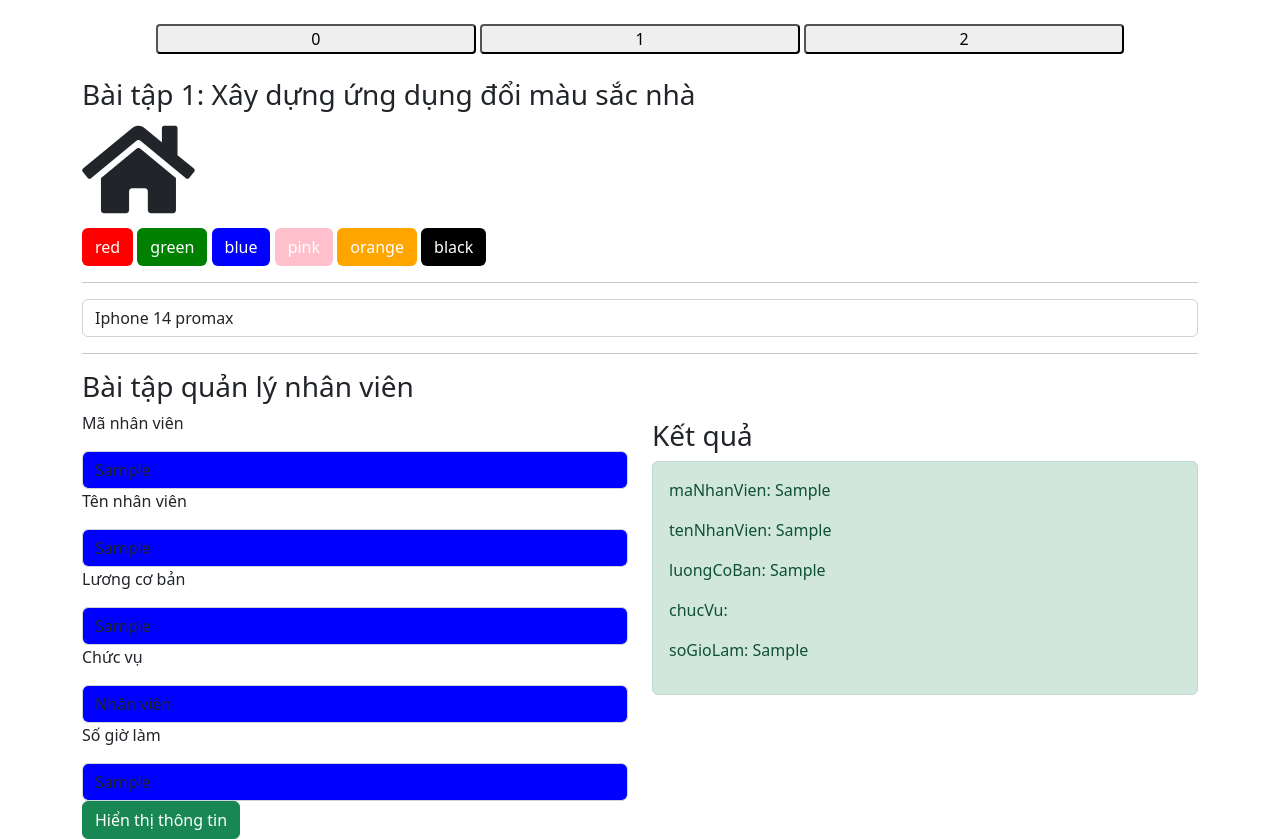
Repository: hcozyph/CyberSoft_Bai_Tap_Tren_Lop
Page: ES6/ES6_BASIC/index.html
The author's editor kept a copy of each file at every save. The page is drawn from the files as they stood at one save, then again after the next save.
The browser window is 1280 px wide. The pictures show the whole page.
Empty fields were first filled with sample values (such as "Sample", 5 or name@example.com).
After loading, the first visible `#frmNhanVien` was submitted once.
Some web libraries are served in a nearby version.

Above is the page before, as saved 2023-03-22 21:00:20.

### ES6/ES6_BASIC/index.html
<!DOCTYPE html>
<html lang="en">
    <head>
        <title>ES6-BASIC</title>
        <!-- Required meta tags -->
        <meta charset="utf-8" />
        <meta
            name="viewport"
            content="width=device-width, initial-scale=1, shrink-to-fit=no"
        />

        <link
            rel="stylesheet"
            href="https://use.fontawesome.com/releases/v5.1.1/css/all.css"
            integrity="sha384-O8whS3fhG2OnA5Kas0Y9l3cfpmYjapjI0E4theH4iuMD+pLhbf6JI0jIMfYcK3yZ"
            crossorigin="anonymous"
        />
        <!-- Bootstrap CSS v5.2.1 -->
        <link
            href="https://cdn.jsdelivr.net/npm/bootstrap@5.2.1/dist/css/bootstrap.min.css"
            rel="stylesheet"
            integrity="sha384-iYQeCzEYFbKjA/T2uDLTpkwGzCiq6soy8tYaI1GyVh/UjpbCx/TYkiZhlZB6+fzT"
            crossorigin="anonymous"
        />
    </head>

    <body>
        <div class="text-center my-4">
            <button class="w-25 rounded-1">0</button>
            <button class="w-25 rounded-1">1</button>
            <button class="w-25 rounded-1">2</button>
        </div>

        <div class="container">
            <h3>Bài tập 1: Xây dựng ứng dụng đổi màu sắc nhà</h3>
            <i class="fa fa-home" id="home" style="font-size: 100px"></i>

            <div id="colors" class="mt-2">
                <button class="btn text-white" style="background-color: red">
                    Red
                </button>
            </div>
            <hr />
            <input
                type="text"
                name=""
                id="tenSP"
                value="Iphone 14 promax"
                class="form-control"
            />

            <hr />
            <h3>Bài tập quản lý nhân viên</h3>
            <form id="frmNhanVien">
                <div class="row">
                    <div class="col-md-6">
                        <div class="form-group">
                            <p>Mã nhân viên</p>
                            <input
                                type="text"
                                name=""
                                id="maNhanVien"
                                class="form-control"
                            />
                        </div>
                        <div class="form-group">
                            <p>Tên nhân viên</p>
                            <input
                                type="text"
                                name=""
                                id="tenNhanVien"
                                class="form-control"
                            />
                        </div>
                        <div class="form-group">
                            <p>Lương cơ bản</p>
                            <input
                                type="text"
                                name=""
                                id="luongCoBan"
                                class="form-control"
                            />
                        </div>
                        <div class="form-group">
                            <p>Chức vụ</p>
                            <select name="" id="chucVu" class="form-control">
                                <option value="">Nhân viên</option>
                                <option value="">Giám đốc</option>
                            </select>
                        </div>
                        <div class="form-group">
                            <p>Số giờ làm</p>
                            <input
                                type="text"
                                name=""
                                id="soGioLam"
                                class="form-control"
                            />
                        </div>
                        <div class="form-group">
                            <button
                                class="btn btn-success"
                                type="submit"
                                id="btnHienThi"
                            >
                                Hiển thị thông tin
                            </button>
                        </div>
                    </div>
                    <div class="col-md-6">
                        <h3 class="mt-2">Kết quả</h3>
                        <div
                            id="ketQuaHienThi"
                            class="alert alert-success"
                        ></div>
                    </div>
                </div>
            </form>
        </div>
        <style>
            #frmNhanVien input,
            #frmNhanVien select {
                background-color: orange;
            }
        </style>
        <!-- Bootstrap JavaScript Libraries -->
        <script
            src="https://cdn.jsdelivr.net/npm/@popperjs/core@2.11.6/dist/umd/popper.min.js"
            integrity="sha384-oBqDVmMz9ATKxIep9tiCxS/Z9fNfEXiDAYTujMAeBAsjFuCZSmKbSSUnQlmh/jp3"
            crossorigin="anonymous"
        ></script>

        <script
            src="https://cdn.jsdelivr.net/npm/bootstrap@5.2.1/dist/js/bootstrap.min.js"
            integrity="sha384-7VPbUDkoPSGFnVtYi0QogXtr74QeVeeIs99Qfg5YCF+TidwNdjvaKZX19NZ/e6oz"
            crossorigin="anonymous"
        ></script>
        <script type="module" src="./index.js"></script>
    </body>
</html>

### ES6/ES6_BASIC/index.js
/*-------  Cơ chế khai báo biến ------ */

/*
PHẠM VI BIẾN
- var: Hỗ trợ cơ chế hoisting, nên phạm vi biến là toàn cục

- let:
    > KHÔNG hỗ trợ cơ chế hoisting khi khai báo biến trùng tên với nhau trên cùng một scope thì browser báo lỗi.
    > Khi khai báo let ở các scope khác nhau thi giá trị sẽ phân biệt.

- const: Tương tự let, tuy nhiên giá trị không được phép gán lại.

=>>> Dùng let thay thế cho var thì khai báo biến trong ES6
*/

// var arrButton = document.querySelectorAll('button');

// for (var index = 0; index < arrButton.length; index++) {
//     let btn = arrButton[index];
//     btn.onclick = function () {
//         alert(btn.innerHTML);
//     }
// }

/*------- HÀM -------*/

//----------declaration function ----- <Hỗ trợ hoisting>
function tenHam() {
    console.log('ten ham');
}

//-----------express function ----- <Không hỗ trợ hoisting>
var showMessage = function () {
    console.log('showMessage');
}


/*
------------- CONTEXT (ngữ cảnh this) ----------------

OBJECT: trong object thì this sẽ là object.

FUNCTION: trong function đối tượng nào thực thi phương thức thì this sẽ là đối tượng đó. Nói cách khác this trong function là function đó.

DEFAULT: this là window.(Khi ngữ cảnh trồng chéo nhau). Nếu mở tính năng module của thẻ script thì sẽ báo lỗi

*/
let hoTen = 'nguyen van teo';
console.log('width:', window.innerWidth);
console.log('title:', window.document.title);
console.log('name:', window.hoTen);


// var sinhvien = {
//     ma: 1,
//     ten: 'Phuoc',
//     hienThiThongTin: function () {
//         function hienThi() {
//             console.log(this.ma);
//             console.log(this.ten);
//         }
//         hienThi();
//     }
// }
// sinhvien.hienThiThongTin();


function Product() {
    this.id = '';
    this.name = '';
    this.showInfo = function () {
        console.log('id', this.id);
        console.log('name', this.name);
    };
}

var prd1 = new Product();
prd1.id = 1;
prd1.name = 'Product A';
prd1.showInfo();

var prd2 = new Product();
prd2.id = 2;
prd2.name = 'Product B';
prd2.showInfo();


/*----------- ARROW FUNCTION  ------------*/

/* Arrow function là cách khai báo hàm với cú pháp '=>'
    + Khai báo hàm ngắn gọn hơn:
        + Đối với hàm chỉ có 1 tham số thì sẽ không cẩn () cho tham số. VD: (title) => {} tương đương title => {}
        + Đối với hàm chỉ có 1 lệnh return thì sẽ không cần ghi chữ return và {}. Ví dụ (a,b)=> {return a+b;} tương đương (a,b) => a+b

    + Loại bỏ được ngữ cảnh (this)
    + Không dùng cho việc khai báo Prototype và cũng không hỗ trợ hoisting => dùng cho mục đích khai báo hàm( hàm không phụ thuộc vào prototype)
*/

var showInfoProduct = () => {
    console.log('Hello hcozyph bc43');
    console.log(this);
}
// var prd = new showInfoProduct();'

var sayHello = (name) => {
    return 'hello' + name;
}

var sayHelloArrow = name => `hello ${name}`;

/* -----------BÀI TẬP ----------------- */
let arrColors = ['red', 'green', 'blue', 'pink', 'orange', 'black'];


////Cách 1: tạo ra các button bằng DOM => append lên ui
// let renderButton = () => {
//     for (let index = 0; index < arrColors.length; index++) {
//         let color = arrColors[index];
//         //Tạo button
//         let btn = document.createElement('button');
//         btn.className = 'btn';
//         btn.style.background = color;
//         btn.innerHTML = color;
//         btn.onclick = function () {
//             document.getElementById('home').style.color = color;
//         }
//         document.getElementById('colors').appendChild(btn);
//     }
// }


////Cách 2:
let renderButton = (array) => {
    let htmlString = '';
    for (var index = 0; index < array.length; index++) {
        let color = array[index];
        htmlString += `
            <button class="btn text-white" style="background-color: ${color}" onclick="changeColor('${color}')">${color}</button>
        `
    }
    console.log(htmlString);
    document.querySelector('#colors').innerHTML = htmlString;
}
renderButton(arrColors);


/* !!!! CHÚ Ý: nếu dòng 147 dùng "let changeColor = (color) {}" thì sẽ bị lỗi vì let k hỗ trợ hoisting => phải dùng window.changeColor  */
window.changeColor = (color) => {
    // console.log(color);
    document.querySelector('#home').style.color = color;
}

///------------DEFAULT PARAMETER VALUES------
var getUserInfo = (name = 'Mị', age = 18) => {
    if (age > 0 && age < 30) {
        console.log(`${name} còn trẻ ${name} muốn đi chơi !`)
    }
}
getUserInfo('Nam', 19);


///----------- REST PARAMETER --------------
function tinhTong(...arrSo) {
    switch (arrSo.length) {
        case 2: {
            console.log('Tổng =', arrSo[0] + arrSo[1]);
        }; break;
        case 3: {
            console.log('Tổng =', arrSo[0] + arrSo[1] + arrSo[2]);
        }; break;
        default: {
            console.log('Tham số không hợp lệ');
        }
    }
}
tinhTong(2, 3);
tinhTong(2, 3, 5);
tinhTong(2, 3, 5, 4);



////------SPREAD OPERATOR ----- dùng để sao chép giá trị của OBJECT hoặc ARRAY

let number1 = 5;
let number2 = number1;
number2 = 10;

console.log('number1', number1)
console.log('number2', number2)


let arr1 = [1, 2, 3, 4, 5];
let arr2 = [...arr1, 6];
console.log('arr1', arr1);
console.log('arr2', arr2);


////-----DESTRUCTURING------------ dùng để bóc tách phần tử trong mảng hoặc object
let prod10 = {
    id: 5,
    name: 'Iphone',
    price: 1000,
    showInfo: function () {
        console.log('showInfo');
        console.log('giá tiền', this.price)
    }
}

//es5
//let id = prod10.id

//es6
let { id: maSO, name, showInfo, ...restProd } = prod10;
showInfo.bind(prod10)(); //---> cho biết showInfo là cái gì
console.log(maSO);

function main() {
    return function () {
        console.log('abc');
    }
}
//main() //1
//main() //1
//main()()


////- DESTRUCTURING FOR ARRAY

let [idProd, nameProd, priceProd, showInfoProd] = [5, 'iphone', 1000,
    function () {
        console.log('Gía tiền', thongTinSP[2]);
    }]

console.log('Tên SP', nameProd);



////- TEMPLATE STRING ``


////- OBJECT LITERAL: sử dụng tên biến làm tên thuộc tính ---

let tenLopHoc = 'CyberSoft BC43';
let maLop = 'BC43';

let lopHoc = {
    maLop,
    tenLopHoc
}

console.log('lopHoc', lopHoc);


let hocSinh = {
    ['mã học viên']: 'BCSV001',
}

console.log(hocSinh['mã học viên']);


var tagInput = document.getElementById('tenSP')
let sanPham = {
    [tagInput.id]: tagInput.ariaValueMax,
}
console.log(sanPham);

/*
    FOR IN: thường dùng để duyệt key của object

    FOR OF: thường dùng để duyệt các phần tử của mảng
*/
let arrProduct = [
    { id: 1, name: 'Galaxy note 8', price: 1000 },
    { id: 2, name: 'Galaxy note 9', price: 1000 },
    { id: 3, name: 'Galaxy note 10', price: 1000 },
]
//console.log tất cả sản phẩm trong mảng arrProduct
for (let phone of arrProduct) {
    console.log(phone);
}

for (let index in arrProduct) {
    console.log('index', index);
    console.log('object', arrProduct[index]);
}

/*
    let object = {
        key : value
    }
    let arr = {
        index : value
    }
*/

let productPhone = { id: 3, name: 'iphone 13', price: 5000 }

for (let key in productPhone) {
    console.log(key, productPhone[key]);
}

function getEle(n) {
    return document.getElementById(n);
};
function querySelector(n) {
    return document.querySelector(n);
}


// let nhanVien = [];

// getEle('btnHienThi').onclick = function () {

//     let nhanVien['ma']: getEle('maNhanVien').value;
//     let tenNhanVien = getEle('tenNhanVien').value;
//     let luongCoBan = getEle('luongCoBan').value;
//     let soGioLam = getEle('soGioLam').value;

//     // let htmlString = '';
//     getEle('ketQuaHienThi').innerHTML = `
//     -  Mã Nhân viên: ${maNhanVien}
//     -  Tên Nhân viên: ${tenNhanVien}
//     -  Lương cơ bản: ${luongCoBan}
//     -  Số giờ làm: ${soGioLam}
//     `
// }
document.querySelector('#frmNhanVien').onsubmit = function (event) {
    event.preventDefault(); //chặn reload browser

    let arrInput = document.querySelectorAll(' #frmNhanVien input, #frmNhanVien select');
    let nhanVien = {};
    // nhanVien.id = 1;
    // nhanVien['id']= 1;
    for (let input of arrInput) {
        console.log(input);
        //input.id,input.name,input.style,input.onchange,.....
        let { id, value, style } = input;
        // let id = input.id; //maNhanVien
        // let value = input.value;
        style.backgroundColor = 'blue';
        nhanVien[id] = value;
    }
    console.log('nhanVien', nhanVien);
    //nhanVien = {maNhanVien:1,tenNhanVien:'Phước',...}
    // nhanVien['maNhanVien']
    let contentHTML = '';
    for (let key in nhanVien) {
        console.log(key);
        contentHTML += `
            <p>${key}: ${nhanVien[key]}</p>
        `
    }
    document.querySelector('#ketQuaHienThi').innerHTML = contentHTML;
}

After the next save:
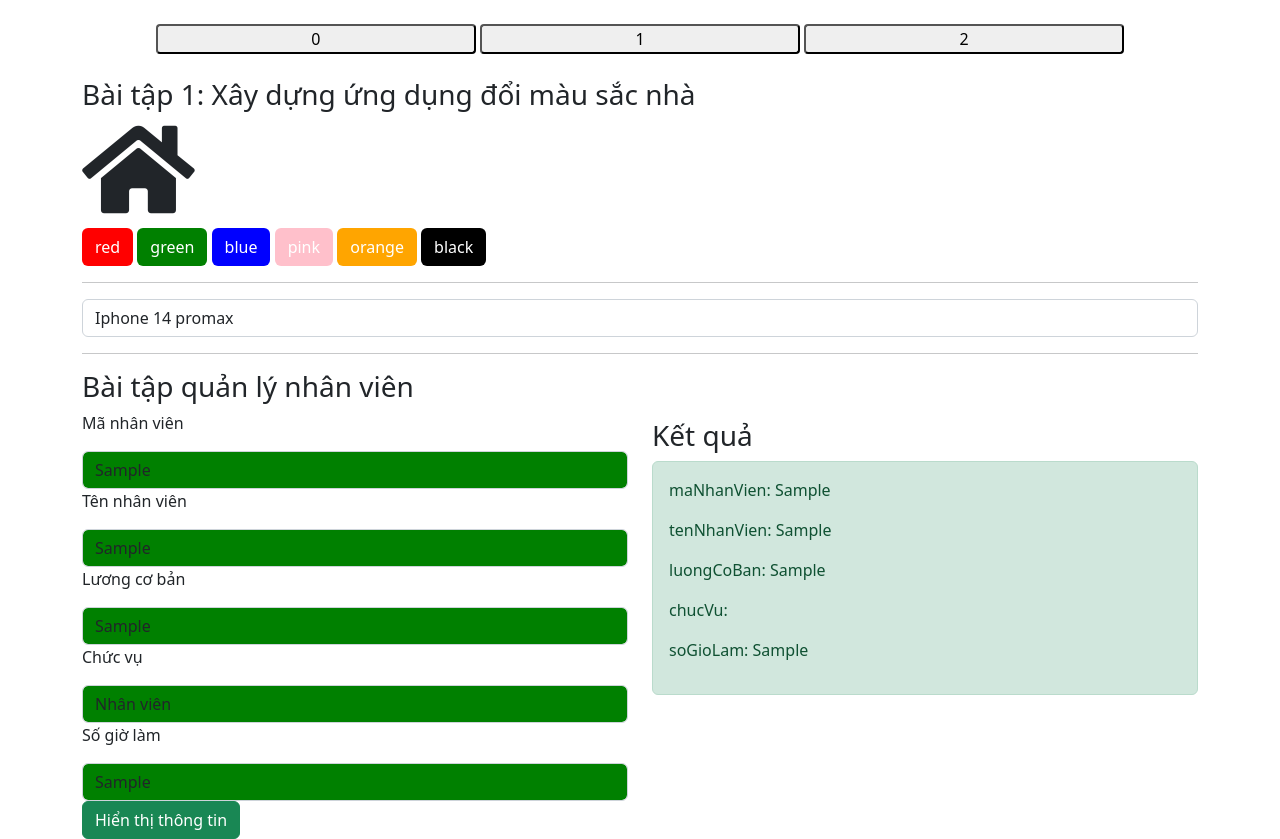
Saved 40 s later.
--- a/ES6/ES6_BASIC/index.js
+++ b/ES6/ES6_BASIC/index.js
@@ -337,7 +337,7 @@
         let { id, value, style } = input;
         // let id = input.id; //maNhanVien
         // let value = input.value;
-        style.backgroundColor = 'blue';
+        style.backgroundColor = 'green';
         nhanVien[id] = value;
     }
     console.log('nhanVien', nhanVien);
